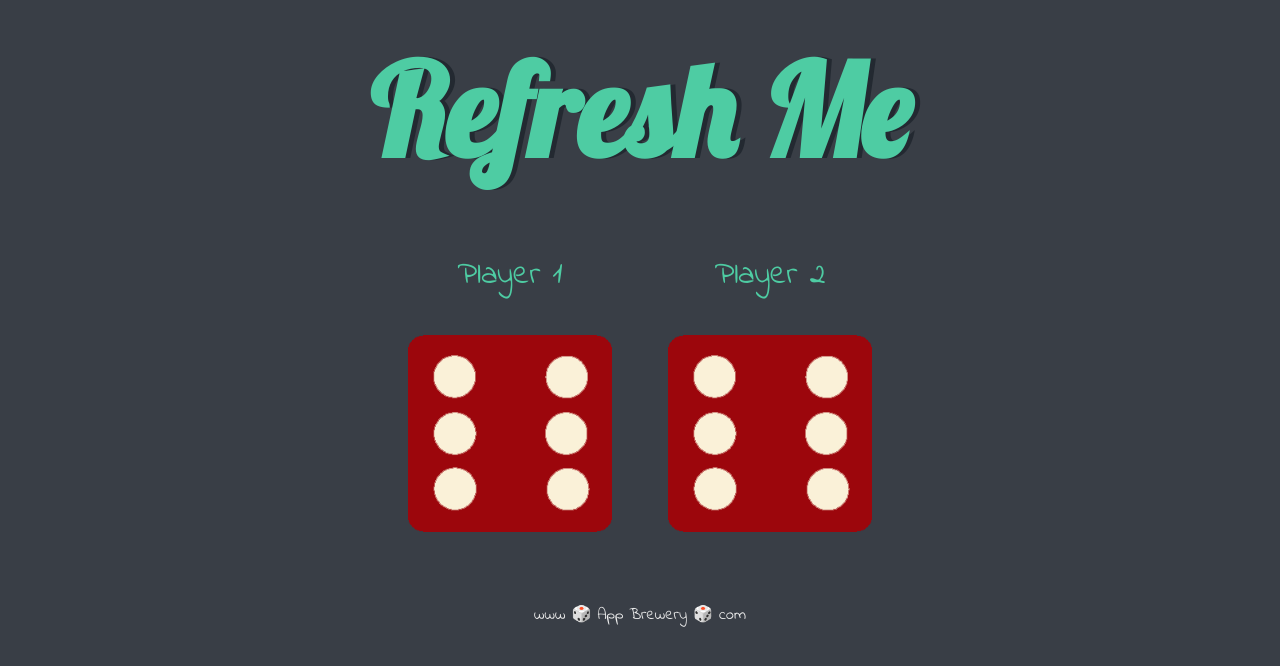
Repository: Vickydew1/Dice
Page: dicee.html
The author's editor kept a copy of each file at every save. The page is drawn from the files as they stood at one save, then again after the next save.
The browser window is 1280 px wide. The pictures show the whole page.

Above is the page before, as saved 2022-01-28 00:07:14.
Console error: TypeError: document.querySelectorAll(...).setAttribute is not a function

After the next save:
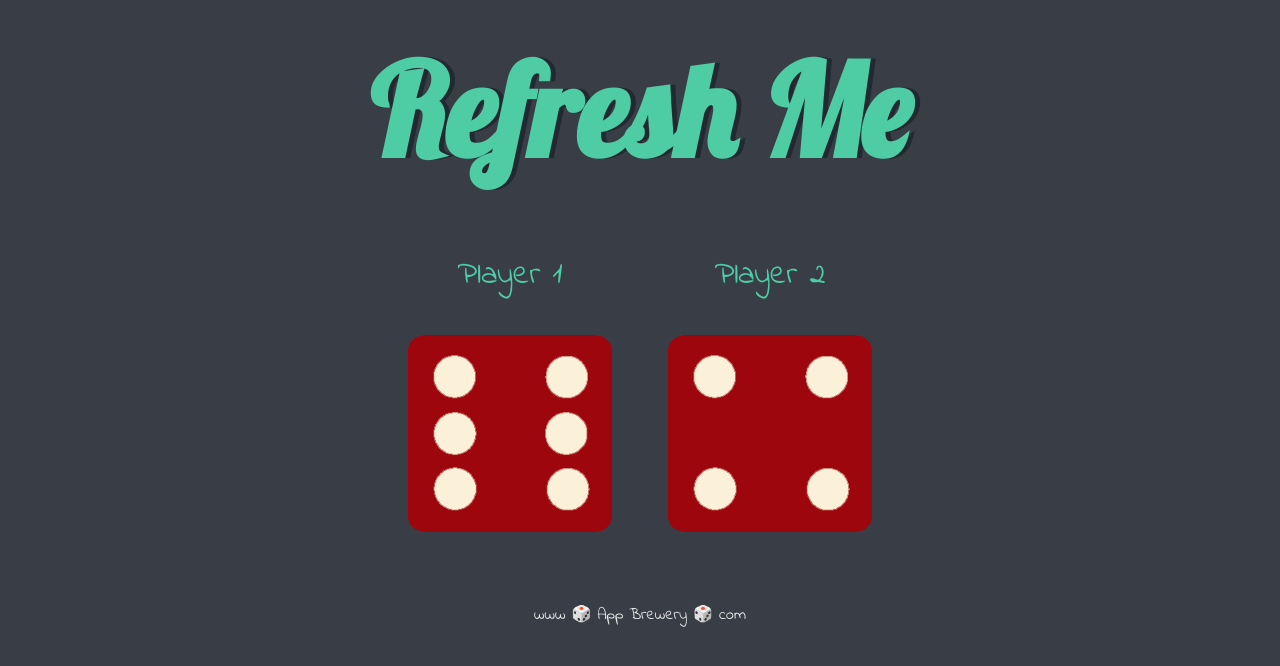
Console error: TypeError: document.querySelector(...).innerHTML is not a function
Saved 21 s later.
--- a/index.js
+++ b/index.js
@@ -13,7 +13,7 @@ var randomNumber2 = Math.floor(Math.random() * 6) + 1;
 var randomdiceImage2 = "images/" + "dice" + randomNumber2 + ".png";
 
 var image2 = document
-  .querySelectorAll("img")
+  .querySelectorAll("img")[1]
   .setAttribute("src", randomdiceImage2);
 
 if (randomNumber1 > randomNumber2) {
